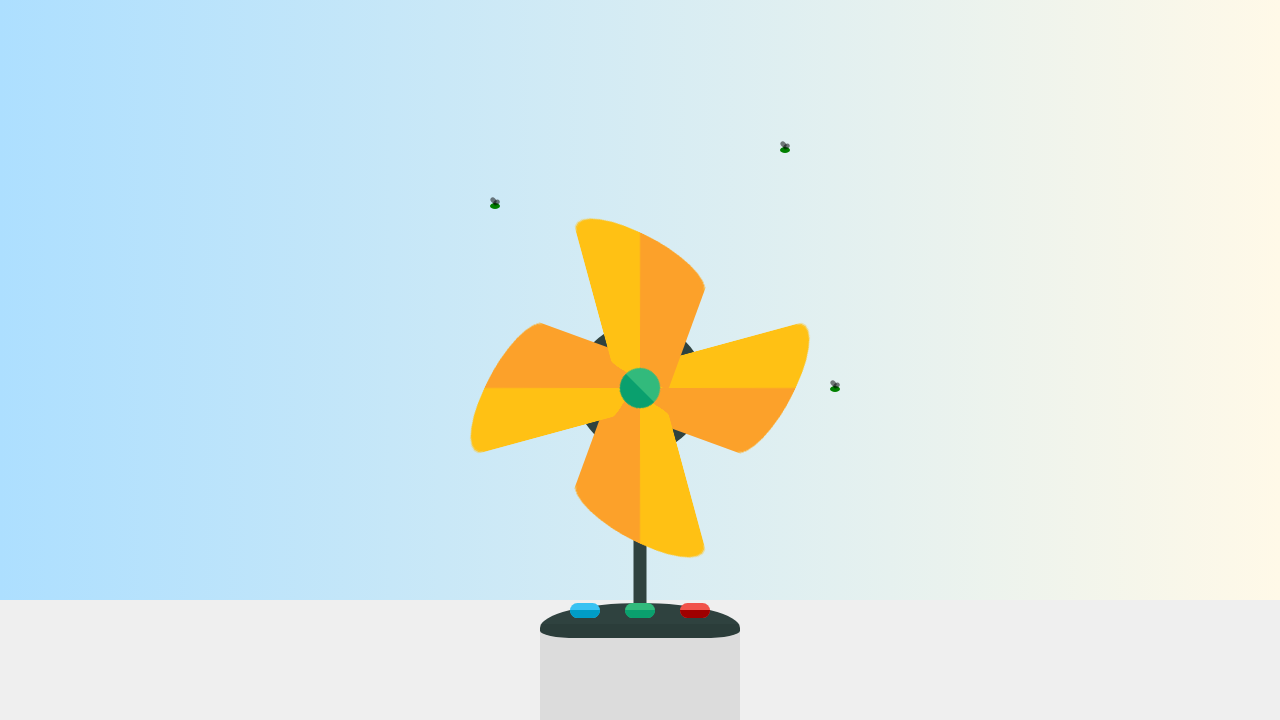
Repository: VuTuanAnh0949/CodeFan
Page: index.html
The author's editor kept a copy of each file at every save. The page is drawn from the files as they stood at one save, then again after the next save.
The browser window is 1280 px wide. The pictures show the whole page.

Above is the page before, as saved 2022-06-21 14:35:12.

### index.html
<!DOCTYPE html>
<html lang="en">
<head>
    <meta charset="UTF-8">
    <meta http-equiv="X-UA-Compatible" content="IE=edge">
    <meta name="viewport" content="width=device-width, initial-scale=1.0">
    <title>Document</title>
    <link rel="stylesheet" href="style.css">
</head>
<body>
    <div class="windows">
        <div class="window"></div>

    </div>
    <div class="fan">
        <div class="fan__root"> <span class="top"> <label class="red" for="engine"></label> <label class="green"
                    for="engine2"></label> <label class="blue" for="jack"></label> </span> <span class="bottom"></span>
        </div>
        <div class="fan__staddle"></div> <input type="checkbox" id="jack" hidden />
        <div class="head">
            <div class="fan__engine"> <span class="center"></span> </div> <input type="checkbox" id="engine" hidden
                checked />
            <div> <span class="fly"></span> <span class="fly"></span> <span class="fly"></span>
                <div class="fan__blades"> <input type="checkbox" id="engine2" hidden checked />
                    <div class="fan__blades">
                        <div class="center"></div>
                        <div class="blade"><span></span></div>
                        <div class="blade"><span></span></div>
                        <div class="blade"><span></span></div>
                        <div class="blade"><span></span></div>
                    </div>
                </div>
            </div>
        </div>
    </div>

</body>
</html>

### style.css
html {
    overflow: hidden;
}

body {
    overflow: hidden;
    margin: 0;
    padding: 0;
    background: linear-gradient(90deg, #addfff, #fff9e8);
    display: flex;
    justify-content: center;
    align-items: center;
    width: 100vw;
    height: 100vh;
    position: relative;
}

body::after {
    position: absolute;
    width: 100%;
    content: "";
    height: calc(100% - 600px);
    z-index: 0;
    background: #efefef;
    bottom: 0;
}

@keyframes spin {
    from {
        transform: rotate(0deg);
    }

    to {
        transform: rotate(360deg);
    }
}

@keyframes off {
    to {
        transform: rotate(380deg);
    }
}

@keyframes off2 {
    to {
        transform: rotate(880deg);
    }
}

@keyframes fly {
    to {
        margin-top: 50px;
    }
}

span {
    display: block;
}

.windows {
    width: 100vw;
    height: 100vh;
    position: absolute;
    z-index: 0;
    top: 0;
    left: 0;
    display: flex;
    align-content: flex-start;
}


.fly {
    transition: 0.5s all cubic-bezier(0.04, 0.06, 0, 1.18), 1s transform;
    width: 10px;
    height: 6px;
    background: green;
    border-radius: 50%;
    position: absolute;
    animation: fly 5s alternate infinite ease-in-out;
}

.fly:nth-of-type(1) {
    top: -78px;
    left: -200px;
}

.fly:nth-of-type(2) {
    transform: translateY(-10px);
    animation-delay: 4s;
    top: 5px;
    right: -250px;
}

.fly:nth-of-type(3) {
    transform: translateY(0px);
    top: 400px;
    animation-delay: 2s;
    right: -400px;
}

.fly::after,
.fly::before {
    content: "";
    position: absolute;
    width: 7px;
    height: 5px;
    background-color: rgba(0, 0, 0, 0.5);
    display: block;
    border-radius: 50%;
}

.fly::before {
    bottom: 4px;
    transform: rotate(325deg);
    left: 3px;
}

.fly::after {
    transform: rotate(45deg);
    bottom: 6px;
}

.fan {
    width: 500px;
    height: 500px;
    position: relative;
    z-index: 1;
    margin-top: 75px;
    perspective: 500px;
}

.fan::after {
    content: "";
    display: block;
    position: absolute;
    height: 500px;
    width: 200px;
    background: rgba(0, 0, 0, 0.08);
    top: calc(100% - 24px);
    left: calc(50% - 100px);

}

.fan__root {
    width: 200px;
    position: absolute;
    bottom: 0;
    left: 50%;
    transform: translateX(-50%);
}

.fan__root .top {
    overflow: hidden;
    width: 200px;
    height: 25px;
    position: relative;
}

.fan__root .top::after {
    content: "";
    display: block;
    width: 200px;
    height: 50px;
    background: #2f423f;
    border-radius: 50%;
}

.fan__root .top .red {
    position: absolute;
    width: 30px;
    height: 15px;
    border-radius: 15px;
    display: block;
    right: 30px;
    background: #f15249;
    cursor: pointer;
    overflow: hidden;
}

.fan__root .top .green {
    position: absolute;
    width: 30px;
    height: 15px;
    border-radius: 15px;
    display: block;
    right: 85px;
    background: #32ba7c;
    cursor: pointer;
    overflow: hidden;
}

.fan__root .top .green::after {
    content: "";
    display: block;
    width: 100%;
    height: 50%;
    position: absolute;
    bottom: 0;
    background: #0aa06e;
}

.fan__root .top .red::after {
    content: "";
    display: block;
    width: 100%;
    height: 50%;
    position: absolute;
    bottom: 0;
    background: #a00000;
}

.fan__root .top .blue {
    position: absolute;
    cursor: pointer;
    width: 30px;
    height: 15px;
    border-radius: 15px;
    display: block;
    left: 30px;
    background: #3ac2f2;
    overflow: hidden;
}

.fan__root .top .blue::after {
    content: "";
    display: block;
    width: 100%;
    height: 50%;
    position: absolute;
    bottom: 0;
    background: #009cc6;
}

.fan__root .bottom {
    overflow: hidden;
    width: 200px;
    height: 20px;
}

.fan__root .bottom::after {
    content: "";
    display: block;
    width: 200px;
    height: 40px;
    background: #2f423f;
    border-radius: 18%;
    transform: translateY(-30px);
}

.fan__staddle {
    position: absolute;
    bottom: 45px;
    background: #2f423f;
    height: 270px;
    width: 13px;
    left: 50%;
    transform: translateX(-50%);
}

.fan__engine {
    position: absolute;
    bottom: 0px;
    width: 130px;
    height: 130px;
    background: #2f423f;
    border-radius: 50%;
    left: 50%;
    transform: translateX(-50%);
}

.fan__engine::after {
    content: "";
    background: #2f423f;
    display: block;
    width: 25px;
    height: 50px;
    position: absolute;
    top: 105px;
    left: 50%;
    transform: translateX(-50%);
    border-radius: 0 0 5px 5px;
}

.fan__blades {
    width: 230px;
    height: 230px;
    position: absolute;
    bottom: -50px;
    transition: 2s;
    transform-origin: center center;
    left: calc(50% - 115px);
    z-index: 1;
    animation: spin infinite 0.38s linear forwards;
}

.fan__blades .fan__blades {
    bottom: 0;
    animation: spin infinite 0.5s linear forwards;
}

.fan__blades .blade {
    position: absolute;
    width: 80px;
    height: 100%;
    left: 50%;
    transform: translateX(-50%) skewY(25deg);
    perspective: 500px;
    transform-style: preserve-3d;
}

.fan__blades .blade:nth-child(2) {
    transform: translateX(-50%) rotate(90deg) skewY(25deg);
}

.fan__blades .blade:nth-child(3) {
    transform: translateX(-50%) rotate(180deg) skewY(25deg);
}

.fan__blades .blade:nth-child(4) {
    transform: translateX(-50%) rotate(270deg) skewY(25deg);
}

.fan__blades .blade span {
    width: 100%;
    height: 200%;
    border-radius: 44px;
    background: #ffc114;
    position: absolute;
    top: -66px;
    display: block;
    transform-style: preserve-3d;
    transform: rotateX(81deg);
    overflow: hidden;
}

.fan__blades .blade span::after {
    width: 50%;
    height: 100%;
    content: "";
    display: block;
    background: #fca12a;
    transform: rotate(0deg);
}

.fan__blades .center {
    position: absolute;
    overflow: hidden;
    width: 40px;
    height: 40px;
    border-radius: 50%;
    left: 50%;
    top: 50%;
    transform: translate(-50%, -50%) rotate(45deg);
    background: #32ba7c;
    z-index: 2;
}

.fan__blades .center::after {
    display: block;
    content: "";
    width: 40px;
    height: 20px;
    background: #0aa06e;
}

.head {
    transition: 1s transform;
    height: auto;
    width: auto;
    position: absolute;
    width: 300px;
    height: 300px;
    bottom: 195px;
    left: calc(50% - 150px);
    /* transform: translateX(-50%); */
}

#engine:checked+div>div {
    animation: off2 1s ease-out forwards;
}

#engine:checked+div>span:nth-child(1) {
    transition: 5s all ease-in-out, 1s transform;
    left: 0px;
    top: 0px;
}

#engine:checked+div>span:nth-child(2) {
    transition: 5s all ease-in-out, 1s transform;
    right: 0px;
    top: 0px;
}

#engine:checked+div>span:nth-child(3) {
    transition: 7s all ease-in-out, 1s transform;
    right: -50px;
    top: 200px;
}

#engine2:checked+div {
    animation: off 1s ease-out forwards;
}

#jack:checked+div {
    transform: translateY(-115px);
}

#jack:checked+div>div:nth-child(3)>span {
    transform: translateY(115px);
}

After the next save:
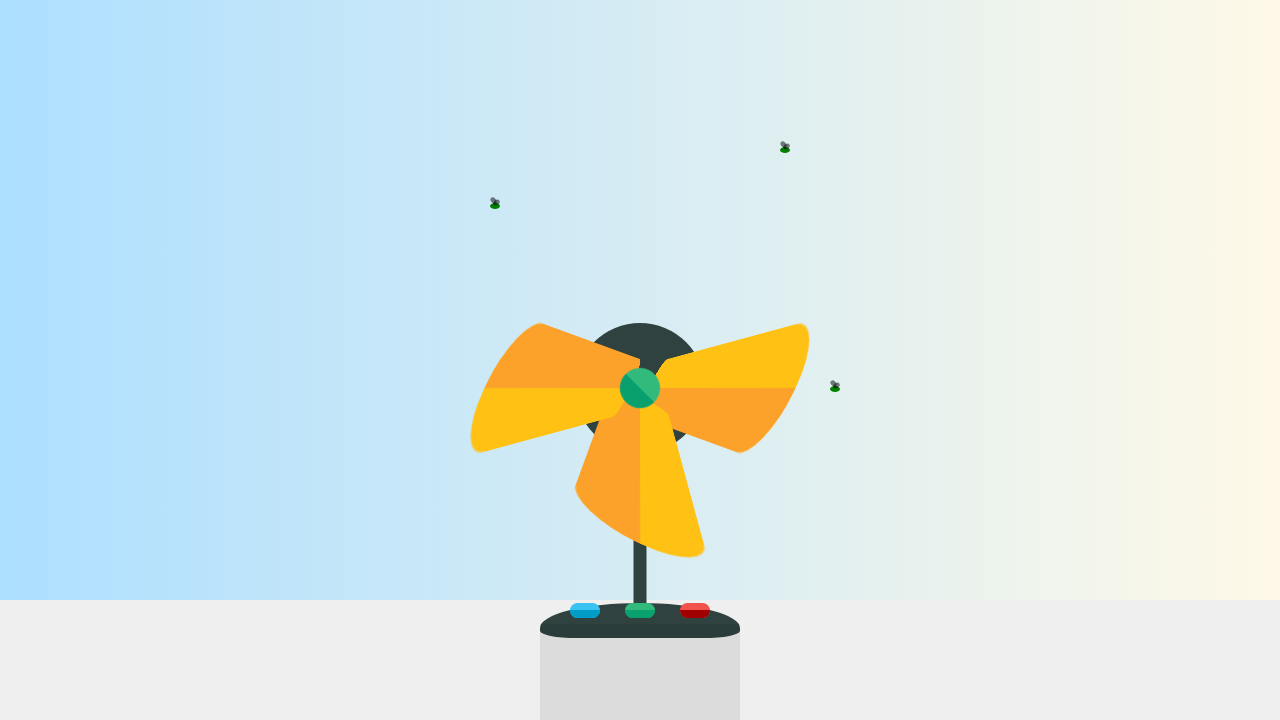
Saved 21 h 6 min later.
--- a/index.html
+++ b/index.html
@@ -24,7 +24,7 @@
                 <div class="fan__blades"> <input type="checkbox" id="engine2" hidden checked />
                     <div class="fan__blades">
                         <div class="center"></div>
-                        <div class="blade"><span></span></div>
+
                         <div class="blade"><span></span></div>
                         <div class="blade"><span></span></div>
                         <div class="blade"><span></span></div>

After the save that followed:
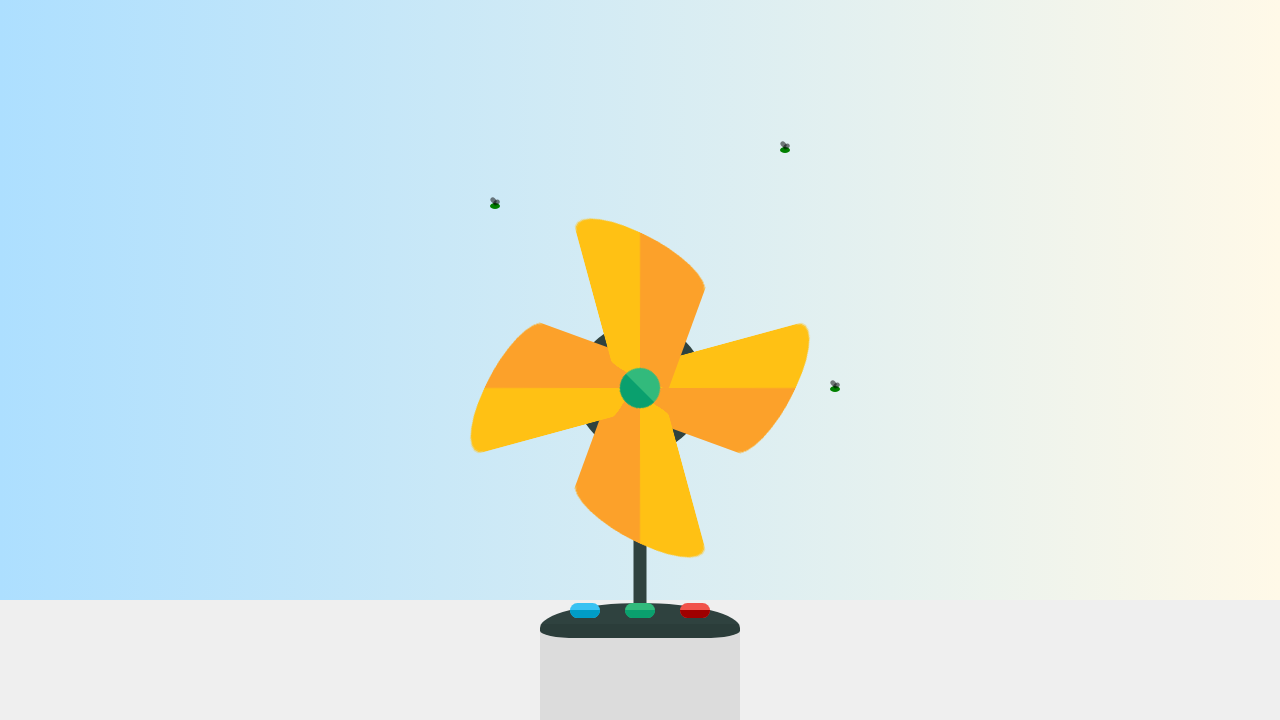
Saved 5 s later.
--- a/index.html
+++ b/index.html
@@ -24,7 +24,7 @@
                 <div class="fan__blades"> <input type="checkbox" id="engine2" hidden checked />
                     <div class="fan__blades">
                         <div class="center"></div>
-
+                        <div class="blade"><span></span></div>
                         <div class="blade"><span></span></div>
                         <div class="blade"><span></span></div>
                         <div class="blade"><span></span></div>
